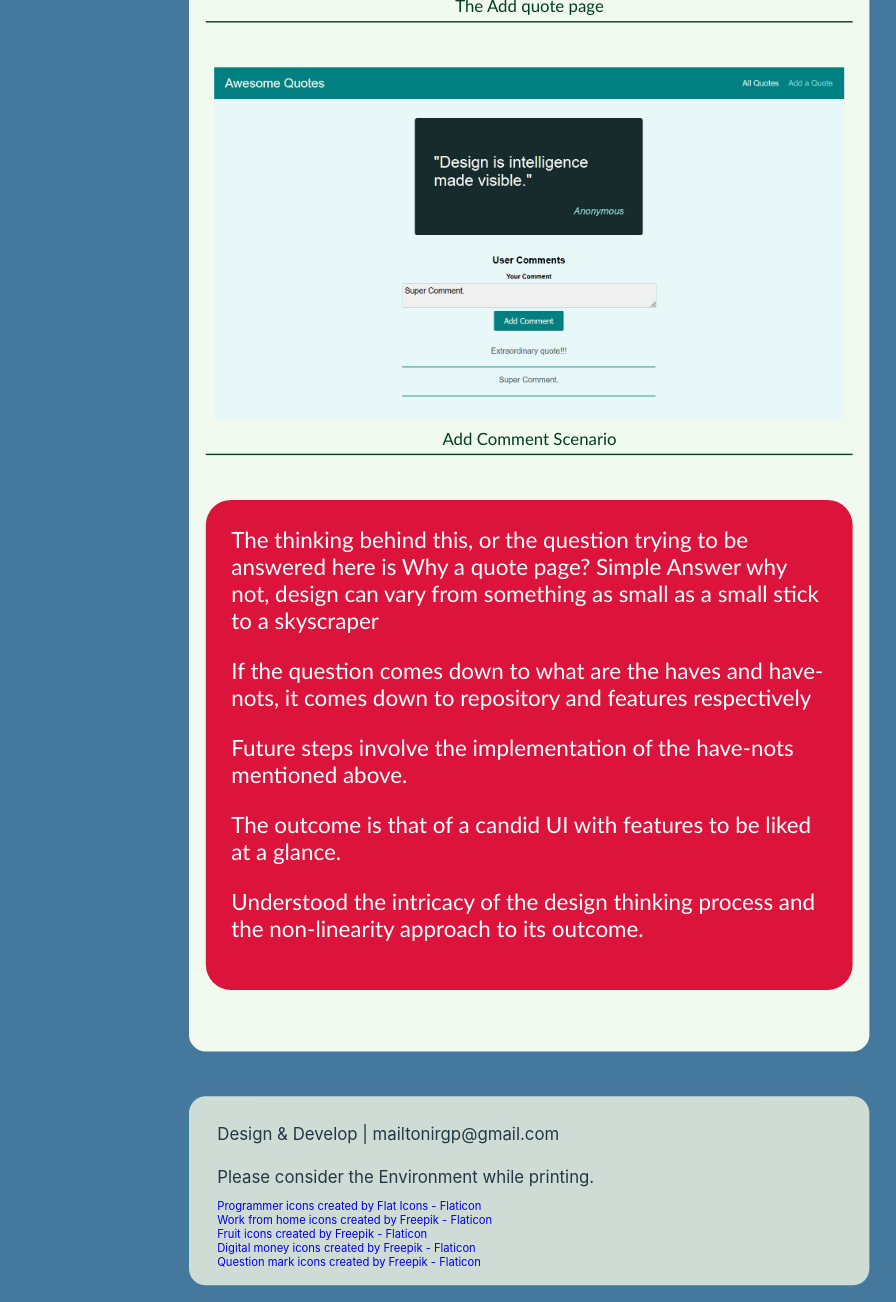
Repository: niranjangp/portfolioReact
Page: /cs-four
These files come from the project's save history. The page is drawn as it stood at one moment and after the next save; the edit follows.
The browser window is 1280 px wide. The pictures show the part of the page from y = 1423 to 3343 px (the page is 3283 px tall before and 3343 px after), at 70% of full size.
The project was rebuilt for these pictures with package versions that can differ from the ones it lists, and the page was loaded fresh each time. Also part of the build but not shown: src/pages/enterDesign.jsx, src/pages/csOne.jsx, src/pages/csTwo.jsx, src/pages/csThree.jsx, src/pages/notFound.jsx.

Above is the page before, as saved 2022-02-02 01:56:38.

### public/index.html
<!DOCTYPE html>
<html lang="en">
  <head>
    <meta charset="utf-8" />
    <!--<link rel="icon" href="%PUBLIC_URL%/favicon.ico" />-->
    <meta name="viewport" content="width=device-width, initial-scale=1" />
    <meta name="theme-color" content="#000000" />
    <meta
      name="description"
      content="Web site created using create-react-app"
    />
    <!--<link rel="apple-touch-icon" href="%PUBLIC_URL%/logo192.png" />-->
    <!--
      manifest.json provides metadata used when your web app is installed on a
      user's mobile device or desktop. See https://developers.google.com/web/fundamentals/web-app-manifest/
    -->
    <link rel="manifest" href="%PUBLIC_URL%/manifest.json" />
    <!--
      Notice the use of %PUBLIC_URL% in the tags above.
      It will be replaced with the URL of the `public` folder during the build.
      Only files inside the `public` folder can be referenced from the HTML.

      Unlike "/favicon.ico" or "favicon.ico", "%PUBLIC_URL%/favicon.ico" will
      work correctly both with client-side routing and a non-root public URL.
      Learn how to configure a non-root public URL by running `npm run build`.
    -->
    <title>Portfolio</title>
  </head>
  <body>
    <noscript>You need to enable JavaScript to run this app.</noscript>
    <div id="root"></div>
    <!--
      This HTML file is a template.
      If you open it directly in the browser, you will see an empty page.

      You can add webfonts, meta tags, or analytics to this file.
      The build step will place the bundled scripts into the <body> tag.

      To begin the development, run `npm start` or `yarn start`.
      To create a production bundle, use `npm run build` or `yarn build`.
    -->
  </body>
</html>

### src/index.css
body {
  margin: 0;
  font-family: -apple-system, BlinkMacSystemFont, 'Segoe UI', 'Roboto', 'Oxygen',
    'Ubuntu', 'Cantarell', 'Fira Sans', 'Droid Sans', 'Helvetica Neue',
    sans-serif;
  -webkit-font-smoothing: antialiased;
  -moz-osx-font-smoothing: grayscale;
  box-sizing: border-box;
}

code {
  font-family: source-code-pro, Menlo, Monaco, Consolas, 'Courier New',
    monospace;
}

p {
  margin: 0;
}

### src/App.js
import './App.css';

import { Route, NavLink, Switch, Redirect } from 'react-router-dom';
import EnterTheDesign from './pages/enterDesign';
import CSOne from './pages/csOne';
import CSTwo from './pages/csTwo';
import CSThree from './pages/csThree';
import CSFour from './pages/csFour';
import NotFound from './pages/notFound';

function App() {
  const flatIconLink = "https://www.flaticon.com/free-icons/programmer";
  const wfhIconLink = "https://www.flaticon.com/free-icons/work-from-home";
  const fruitLink ="https://www.flaticon.com/free-icons/fruit";
  const moneyLink = "https://www.flaticon.com/free-icons/digital-money";
  const quoteLink = "https://www.flaticon.com/free-icons/question-mark";



  return (
    <div className='App'>
      <div className="containerOne">
        <nav className='navigation'>
          <div className='navDiv'>
            <NavLink activeClassName="nav-link active" className="nav-link" to="/enter-the-design">Take me Home!</NavLink>
          </div>
          <div className='navDiv'>
            <NavLink activeClassName="nav-link active" className="nav-link" to="/cs-one">Case Study Numero Uno</NavLink>
          </div>
          <div className='navDiv'>
            <NavLink activeClassName="nav-link active" className="nav-link" to="/cs-two">Case t'w'o Study</NavLink>
          </div>
          <div className='navDiv'>
            <NavLink activeClassName="nav-link active" className="nav-link" to="/cs-three">Case Study the 3rd</NavLink>
          </div>
          <div className='navDiv'>
            <NavLink activeClassName="nav-link active" className="nav-link" to="/cs-four">Case Study IV</NavLink>
          </div>
        </nav>
        <main className='mainOne'>
          <Switch>
            <Route exact path="/" ><Redirect to="/enter-the-design" /></Route>
            <Route path="/enter-the-design" ><EnterTheDesign /></Route>
            <Route exact path="/cs-one" ><CSOne /></Route>
            <Route exact path="/cs-two" ><CSTwo /></Route>
            <Route exact path="/cs-three"><CSThree /></Route>
            <Route exact path="/cs-four"><CSFour /></Route>

            <Route path="*"><NotFound /></Route>
          </Switch>

        </main>
        <footer>
          <div className='footer-info'>
            {/*<p>Niranjan G P</p>*/}
            <p>Design & Develop    |   mailtonirgp@gmail.com</p>
            <p>Please consider the Environment while printing.</p>
          </div>
          <div className='credits'>
            <a href={flatIconLink} title="programmer icons">Programmer icons created by Flat Icons - Flaticon</a>
            <a href={wfhIconLink} title="work from home icons">Work from home icons created by Freepik - Flaticon</a>
            <a href={fruitLink} title="fruit icons">Fruit icons created by Freepik - Flaticon</a>
            <a href={moneyLink} title="digital money icons">Digital money icons created by Freepik - Flaticon</a>
            <a href={quoteLink} title="question mark icons">Question mark icons created by Freepik - Flaticon</a>
          </div>
        </footer>
      </div>

    </div>
  );
}

export default App;

### src/App.css
.containerOne {
  background-color: #45789d;
  padding: 24px;
  position: relative;
}

.mainOne {
  width: 75%;
  margin-left: 20%;
  background-color: #F1FAEE;
  height: 100%;
  border-radius: 1.5rem;
  padding: 24px;
}

.navigation {
  position: absolute;
  top: 24px;
  left: 24px;
  width: 15%;
  height: 660px;
  background-color: #F1FAEE;
  border-radius: 1.5rem;
  padding: 64px 24px 24px;
}

.navDiv {
  padding: 16px 0;
  text-align: center;
}

.nav-link {
  font-size: 24px;
  text-decoration: none;
  color: #1d3557;
}

.nav-link.active {
  color: #2a9d8f;
  font-weight: bold;
  border-bottom: 4px solid #2a9d8f;
}

.fr-info {
  font-size: 3rem;
  font-family: 'Gill Sans', 'Gill Sans MT', Calibri, 'Trebuchet MS', sans-serif;
  padding: 24px 24px 24px 48px;
  color: #1d3557;
}

.firstRow {
  display: flex;
  align-items: center;
  padding: 64px 0;
}

.width-60 {
  width: 60%;
}

.width-40 {
  width: 40%;
}

.fullWidth {
  width: 100%;
}

.img-block {
  text-align: center;
}

.sec-row {
  background-color: #1d3557;
  color: #f1faee;
  border-radius: 0.75rem;
  padding: 64px;
  font-family: 'Lucida Sans', 'Lucida Sans Regular', 'Lucida Grande', 'Lucida Sans Unicode', Geneva, Verdana, sans-serif;
  font-size: 28px;
  text-align: justify;
}

.sec-row p {
  padding: 16px;
}

.centered {
  margin: 3rem auto;
  text-align: center;
  display: flex;
  justify-content: center;
  align-items: center;
}

.linkSel {
  text-decoration: underline;
  font-weight: bold;
}

.third-row {
  display: flex;
  flex-wrap: wrap;
  padding: 96px 24px 0;
}

.card-box {
  width: 50%;
  text-align: center;
  height: 600px;
}

.card {
  width: 400px;
  height: 450px;
  background-color: #ffddd2;
  border-radius: 20px;
  box-shadow: 4px 4px 4px 4px rgba(0, 0, 0, 0.2);
  margin: 3rem auto;
  flex-grow: 1;
  flex-shrink: 1;
  transition: width 500ms ease 0s;
}

.card:hover {
  box-shadow: 4px 4px 4px 8px rgba(0, 0, 0, 0.2);
  width: 420px;
  height: 470px;
  cursor: pointer;
}

.card a {
  text-decoration: none;
}

.card p {
  font-size: 32px;
  padding: 24px;
  color: #1d3557;
  font-family: Verdana, Geneva, Tahoma, sans-serif;
}

.card-icon {
  width: 256px;
  margin-top: 40px;
}

.intro-cs {
  text-align: center;
  font-size: 40px;
  color: #1d3557;
  font-family: 'Trebuchet MS', 'Lucida Sans Unicode', 'Lucida Grande', 'Lucida Sans', Arial, sans-serif;
}

footer {
  width: 75%;
  margin-left: 20%;
  background-color: #cfdbd5;
  height: 100%;
  border-radius: 1.5rem;
  padding: 24px;
  margin-top: 64px;
  color: #223843;
}

.footer-info {
  font-size: 1.5rem;
}

.footer-info p {
  padding: 1rem;
}

.credits {
  padding-left: 16px;
}

.credits a {
  text-decoration: none;
  display: block;
}

.csOne {
  min-height: 660px;
  height: 100%;
  color: #1d3557;
}

.backLink {
  font-size: 28px;
  font-weight: bold;
  padding: 16px 16px 16px 24px;
}

.backLink a {
  text-decoration: none;
  color: #1d3557;

}

.csOneHeader, .csTwoHeader, .cs3Header, .cs4Header {
  font-size: 40px;
  padding: 16px 16px 32px 24px;
}

.csOneBody {
  padding: 0 24px;
}

.csOneH {
  font-size: 32px;
  padding-bottom: 8px;
  border-bottom: 2px solid #1d3557;
  margin-bottom: 16px;
  display: inline-block;
}

.csOneC {
  font-size: 28px;
}

.pd-bt {
  padding-bottom: 48px;
}

.pd-bt-small {
  padding-bottom: 24px;
}

.clrp {
  width: 100px;
  height: 40px;
  border-top-right-radius: 20px;
  border-bottom-right-radius: 20px;
  margin-right: 24px;
}

.fir {
  background-color: #0070D2;
}

.sec {
  background-color: #16325C;
}

.thi {
  background-color: #526173;
}

.fou {
  font-family: sans-serif;
  padding-right: 24px;
}

.dp-flx {
  display: flex;
  margin: 16px 40px;
  align-items: center;
}

.flx-bx {
  display: flex;
  align-items: center;
  justify-content: space-evenly;
  margin-bottom: 48px;
}

.flx-bx div {
  font-size: 32px;
}

.mrDesk {
  width: 800px;
}

.last-text {
  font-size: 28px;
  color: #f07167;
  margin: 0 64px 24px;
  text-align: center;
}

.csTwo {
  font-family: 'Franklin Gothic Medium', 'Arial Narrow', Arial, sans-serif;
}

.csTwoHeader {
  color: #e76f51;
}

.csTwoPara {
  color: #0081a7;
  font-size: 28px;
  padding-bottom: 8px;
}

.padd-div {
  padding: 16px 24px 56px;
}

.csTwoRowTwo {
  color: #c81d25;
  font-size: 32px;
  padding-bottom: 16px;
  border-bottom: 2px solid #c81d25;
  margin-bottom: 48px;
}

.textCen {
  text-align: center;
}

.screenName {
  font-size: 24px;
  width: 80%;
  margin: 0 auto;
  margin-bottom: 0px;
  background-color: #284b63;
  color: #fff;
  border-top-left-radius: 12px;
  border-top-right-radius: 12px;
  padding: 8px 0;
}

.scrIcon {
  width: 80%;
  margin: 8px 0 64px;
}

.cs3 {
  font-family: 'Lucida Sans', 'Lucida Sans Regular', 'Lucida Grande', 'Lucida Sans Unicode', Geneva, Verdana, sans-serif;
}

.cs3Header {
  color: #006d77;
  border-bottom: 2px solid #006d77;
  display: inline-block;

}


.right-content {
  text-align: right;
  margin: 64px 0;
}

.exp-para {
  font-size: 40px;
  display: inline-block;
  background-color: #52b69a;
  padding: 8px 16px;
  border-radius: 20px;
  color: #fff;
  font-weight: bold;
  margin-bottom: 24px;
}

.exp-header {
  display: inline-block;
  font-size: 40px;
  color: #14746f;
  padding-bottom: 8px;
  border-bottom: 2px dotted #14746f;
  margin-bottom: 8px;
}

.flexExp {
  display: flex;
  align-items: center;
  justify-content: space-around;
}

.iconText {
  padding: 24px;
  font-size: 32px;
  color: #00afb9;
}

.expIcon {
  margin: 64px 0;
  width: 900px;
}

.last .exp-para {
  font-size: 28px;
}

.cs4 {
  font-family: 'Trebuchet MS', 'Lucida Sans Unicode', 'Lucida Grande', 'Lucida Sans', Arial, sans-serif;
}

.cs4Header {
  text-align: center;
  color: #ff5400;
  font-weight: bold;
}

.quoIcon {
  width: 900px;
}

.quo-pack {
  text-align: center;
}

.cs4-para {
  text-align: center;
  font-size: 28px;
  color: #bd1f36;
  padding-bottom: 12px;
}

.mrg-blk {
  margin: 64px 0;
}

.qIconTxt {
  color: #003e1f;
  font-size: 24px;
  padding: 8px 0;
  border-bottom: 2px solid #003e1f;
  margin-bottom: 64px;
}

.mrg-last-blk {
  margin: 64px 0;
  background-color: #dc143c;
  padding: 36px;
  color: #fff;
  border-radius: 36px;
  font-size: 32px;
}

.mrg-last-blk p {
  padding-bottom: 2rem;
}


/*.containerOne {
  background-color: #F1FAEE;
}
.mainOne {
  background-color: #a8dadc;
  width: 75%;
  margin-left: 20%;
  /-*background-color: #45789d;*-/
  height: 660px;
}

.p1 {
  color: #1d3557;
}
.p2 {
  color: #f1faee;
}*/

/*.App-logo {
  height: 40vmin;
  pointer-events: none;
}

@media (prefers-reduced-motion: no-preference) {
  .App-logo {
    animation: App-logo-spin infinite 20s linear;
  }
}

.App-header {
  background-color: #282c34;
  min-height: 100vh;
  display: flex;
  flex-direction: column;
  align-items: center;
  justify-content: center;
  font-size: calc(10px + 2vmin);
  color: white;
}

.App-link {
  color: #61dafb;
}

@keyframes App-logo-spin {
  from {
    transform: rotate(0deg);
  }

  to {
    transform: rotate(360deg);
  }
}*/

### src/pages/csFour.jsx
import React from 'react';
import { Link } from 'react-router-dom';
import QuoHome from '../assets/quoteHome.JPG';
import AddQuo from '../assets/addQuote.JPG';
import CommonScen from '../assets/commScen.JPG';


const csFour = () => {
    return (
        <div className="cs4">
            <div className="backLink"><Link to="/enter-the-design">{'< Back'}</Link></div>
            <div className='cs4Header'>Quotes Repository</div>
            <div className="quo-body">
                <div className="mrg-blk">
                    <p className="cs4-para">Store all your Famous Quotes and share with your Community.</p>
                    <p className="cs4-para">Add comments to all your quotes.</p>
                </div>
                <div className="mrg-blk">
                    <div className="cs4-para">Screen Designs</div>
                    <div className="quo-pack"><img src={QuoHome} alt="quote-home" className="quoIcon" /><div className="qIconTxt">Home of the quotes</div></div>
                    <div className="quo-pack"><img src={AddQuo} alt="quote-home" className="quoIcon" /><div className="qIconTxt">The Add quote page</div></div>
                    <div className="quo-pack"><img src={CommonScen} alt="quote-home" className="quoIcon"/><div className="qIconTxt">Add Comment Scenario</div></div>
                </div>
                <div className="mrg-last-blk">
                    <p>The thinking behind this, or the question trying to be answered here is Why a quote page? Simple Answer why not, design can vary from something as small as a small stick to a skyscraper</p>
                    <p>If the question comes down to what are the haves and have-nots, it comes down to repository and features respectively</p>
                    <p>Future steps involve the implementation of the have-nots mentioned above.</p>
                    <p>The outcome is that of a candid UI with features to be liked at a glance.</p>
                    <p>Understood the intricacy of the design thinking process and the non-linearity approach to its outcome.</p>
                </div>
            </div>
        </div>
    )
};

export default csFour;

Loaded but not shown: src/index.js (common file); src/reportWebVitals.js (common file)

After the next save:
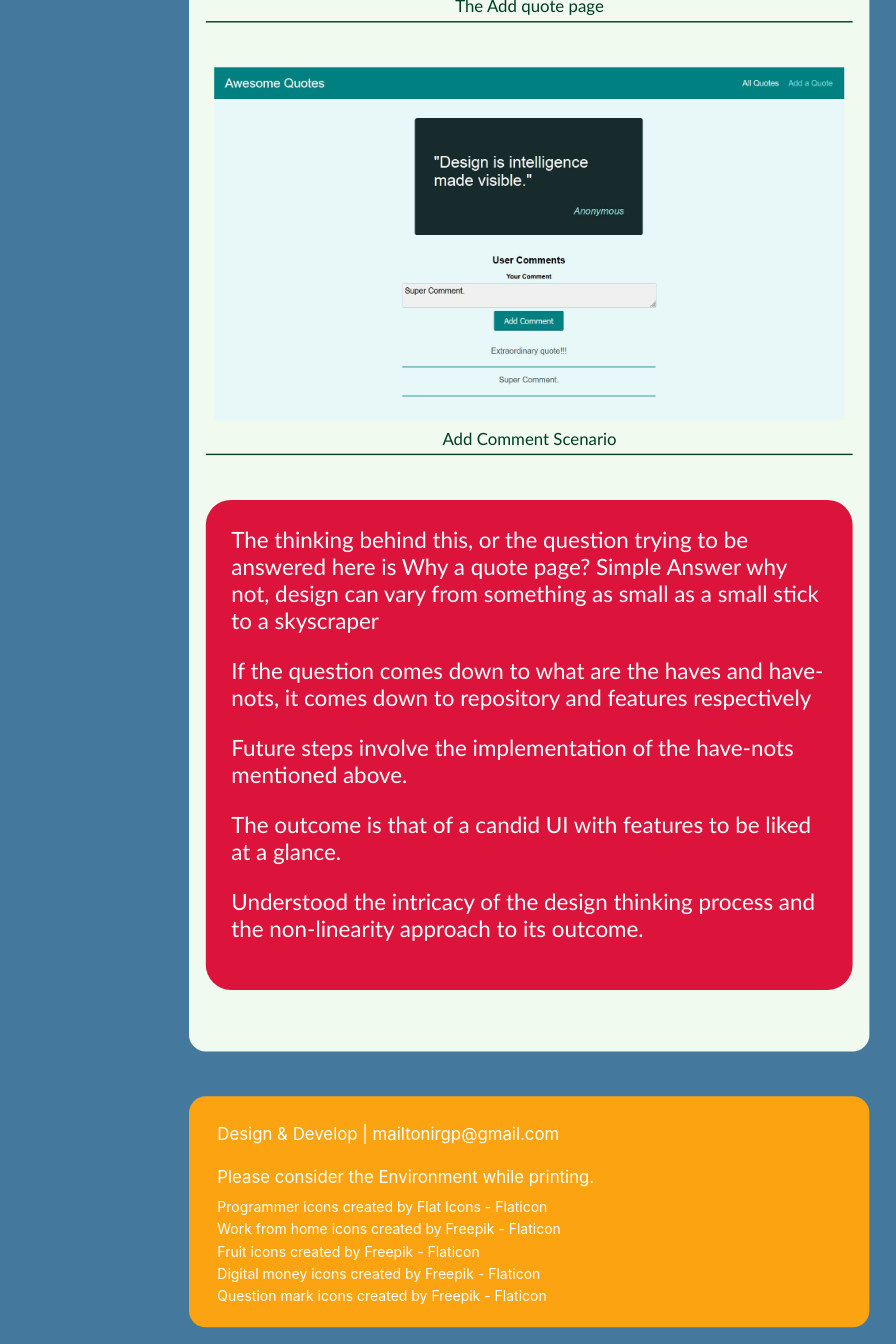
Saved 54 s later.
--- a/src/App.css
+++ b/src/App.css
@@ -154,12 +154,12 @@
 footer {
   width: 75%;
   margin-left: 20%;
-  background-color: #cfdbd5;
+  background-color: #fca311;
   height: 100%;
   border-radius: 1.5rem;
   padding: 24px;
   margin-top: 64px;
-  color: #223843;
+  color: #fff;
 }
 
 .footer-info {
@@ -177,6 +177,9 @@ footer {
 .credits a {
   text-decoration: none;
   display: block;
+  padding-bottom: 8px;
+  font-size: 20px;
+  color: #fff;
 }
 
 .csOne {
